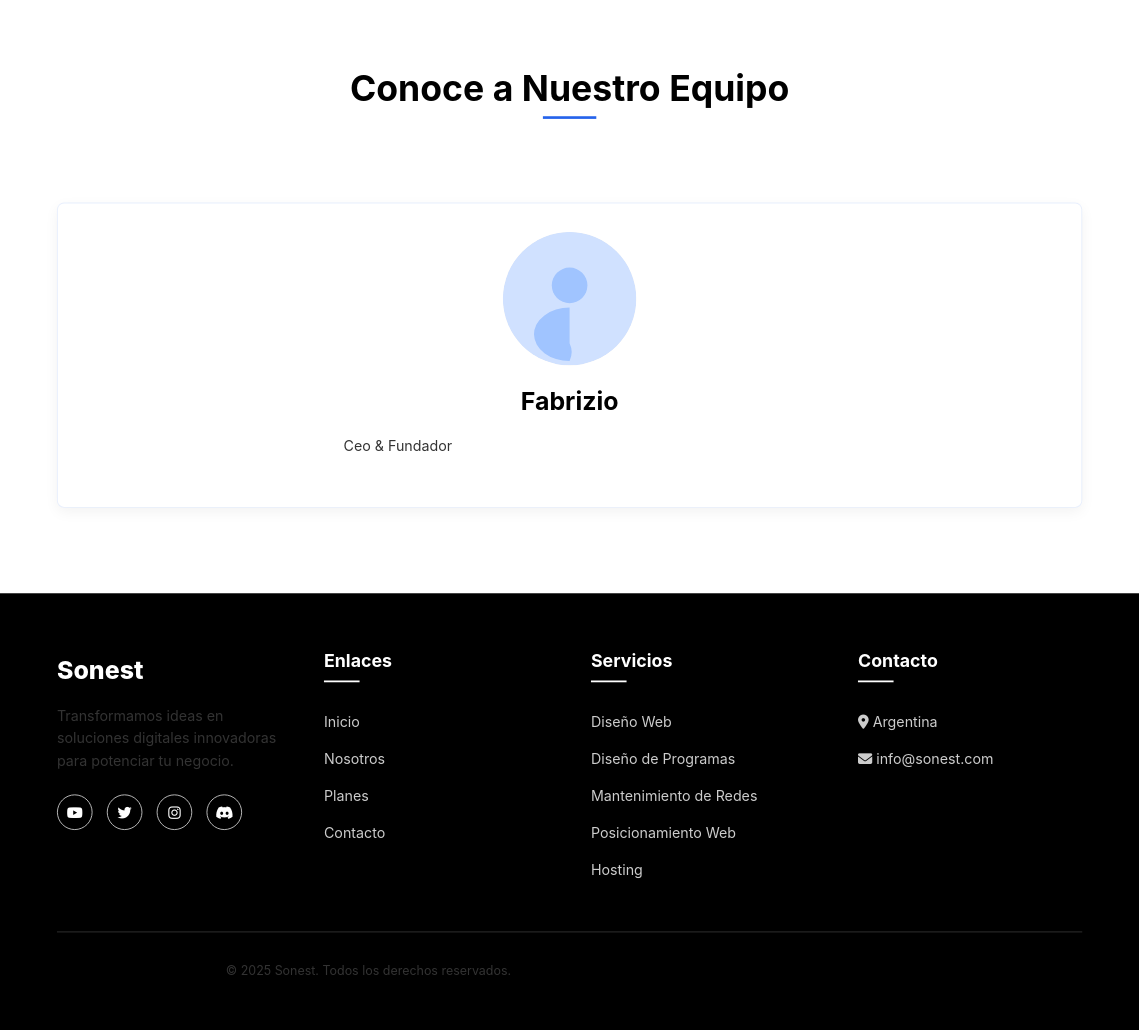
Repository: FabriDevelope/sonest
Page: nosotros.html
These files come from the project's save history. The page is drawn as it stood at one moment and after the next save; the edit follows.
The browser window is 1280 px wide. The pictures show the part of the page from y = 776 to 1934 px (the page is 1934 px tall), at 89% of full size.
A picture or video elsewhere on the page could not be fetched, so the positions and the page height are approximate.

Above is the page before, as saved 2025-08-02 23:05:57.

After the next save:
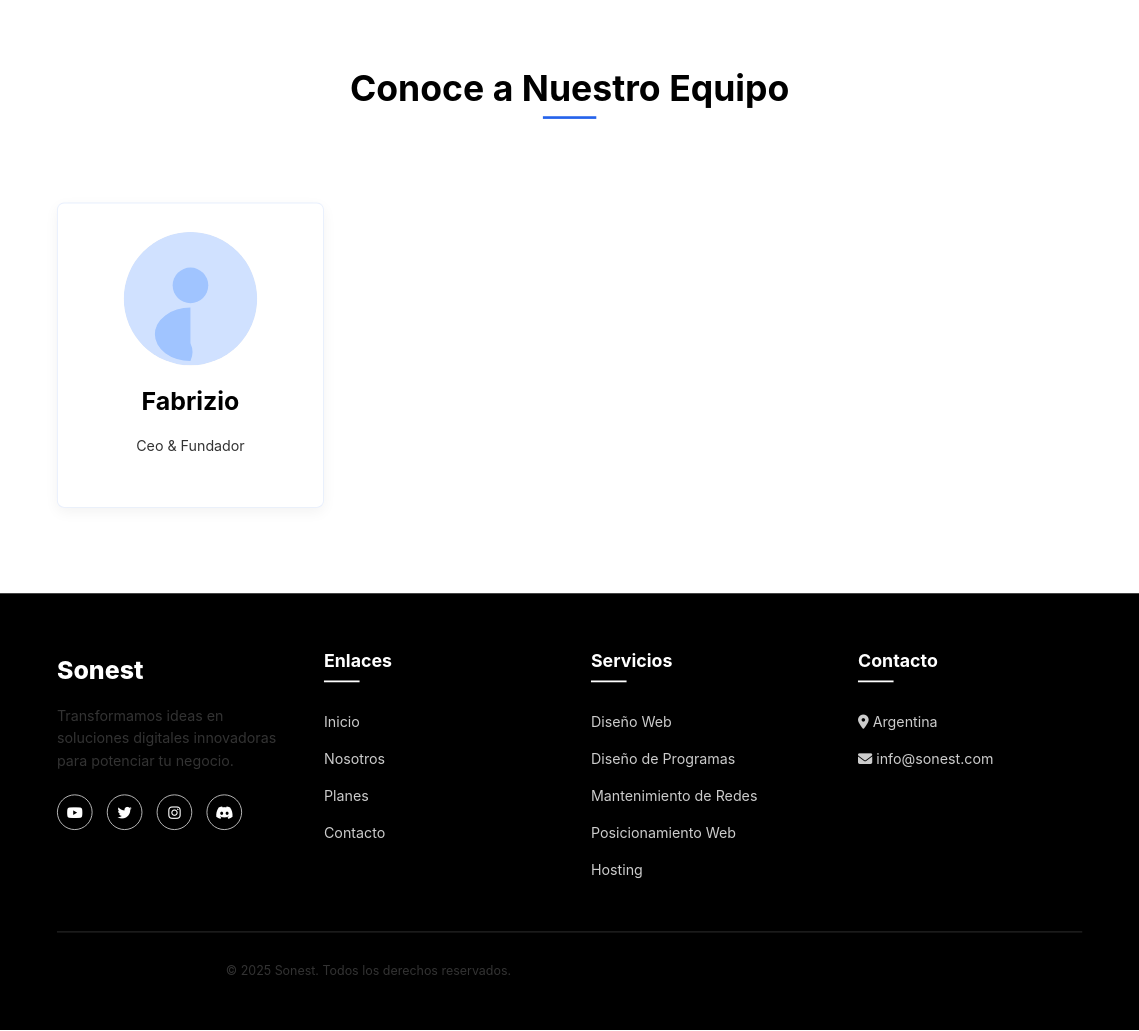
Saved 11 s later.
--- a/nosotros.html
+++ b/nosotros.html
@@ -43,6 +43,7 @@
             text-align: center;
             box-shadow: 0 5px 15px rgba(0,0,0,0.05);
             border: 1px solid rgba(37, 99, 235, 0.1);
+            max-width: 300px;
         }
 
         .team-image {
